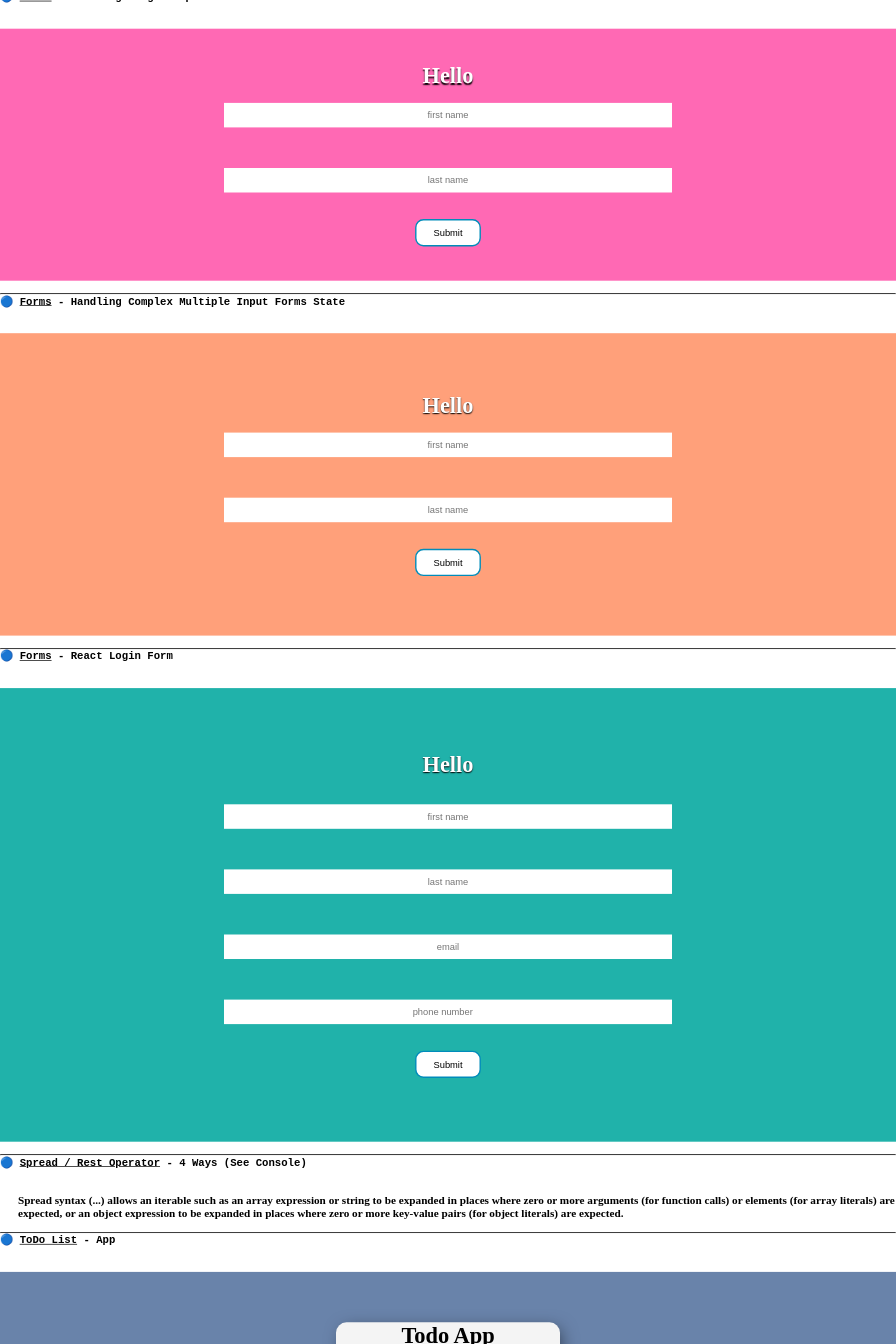
Repository: AalokJadhav/Being_ReactJS
Page: /
The author's editor kept a copy of each file at every save. The page is drawn from the files as they stood at one save, then again after the next save.
The browser window is 1280 px wide. The pictures show the part of the page from y = 4580 to 6500 px (the page is 7115 px tall), at 70% of full size.
Some web fonts or font styles are not loaded; a fallback is used. Some web libraries are served in a nearby version. The project was rebuilt for these pictures with package versions that can differ from the ones it lists, and the page was loaded fresh each time.

Above is the page before, as saved 2021-10-30 21:00:16.

After the next save:
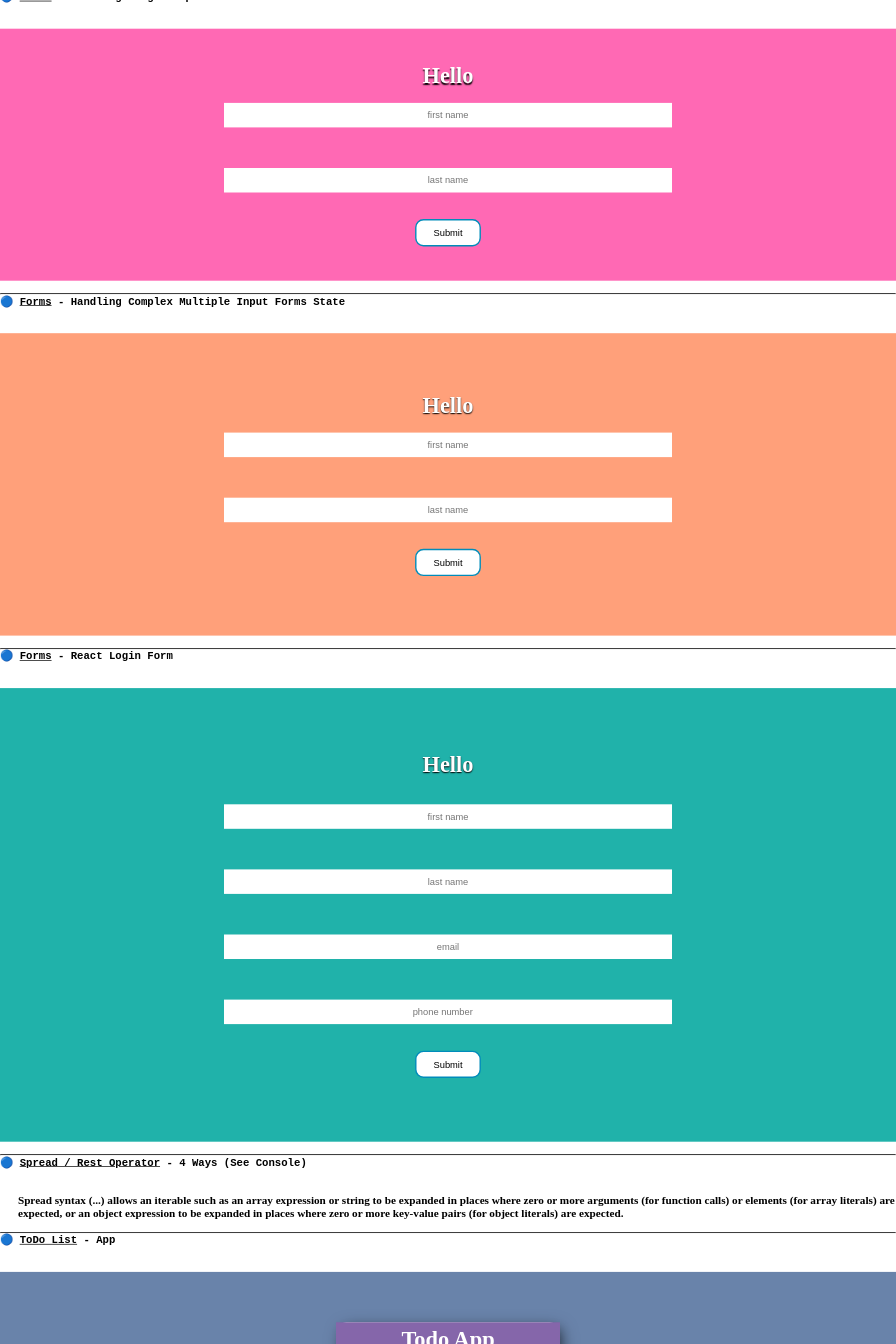
Saved 7 s later.
--- a/src/ToDoList.jsx
+++ b/src/ToDoList.jsx
@@ -9,9 +9,9 @@ const ToDoList = () => {
 
             <div className="main_div">
             <div className="center_div">
-                <h1>Todo App</h1>
+                <h1 className="heading">Todo App</h1>
                 <br/>
-                    <input type="text" placeholder="Add your new todo"></input>
+                    <input className="todo_input" type="text" placeholder="Add your new todo"></input>
                     <button><i class="fas fa-plus"></i></button>
                 </div>
                 </div>
